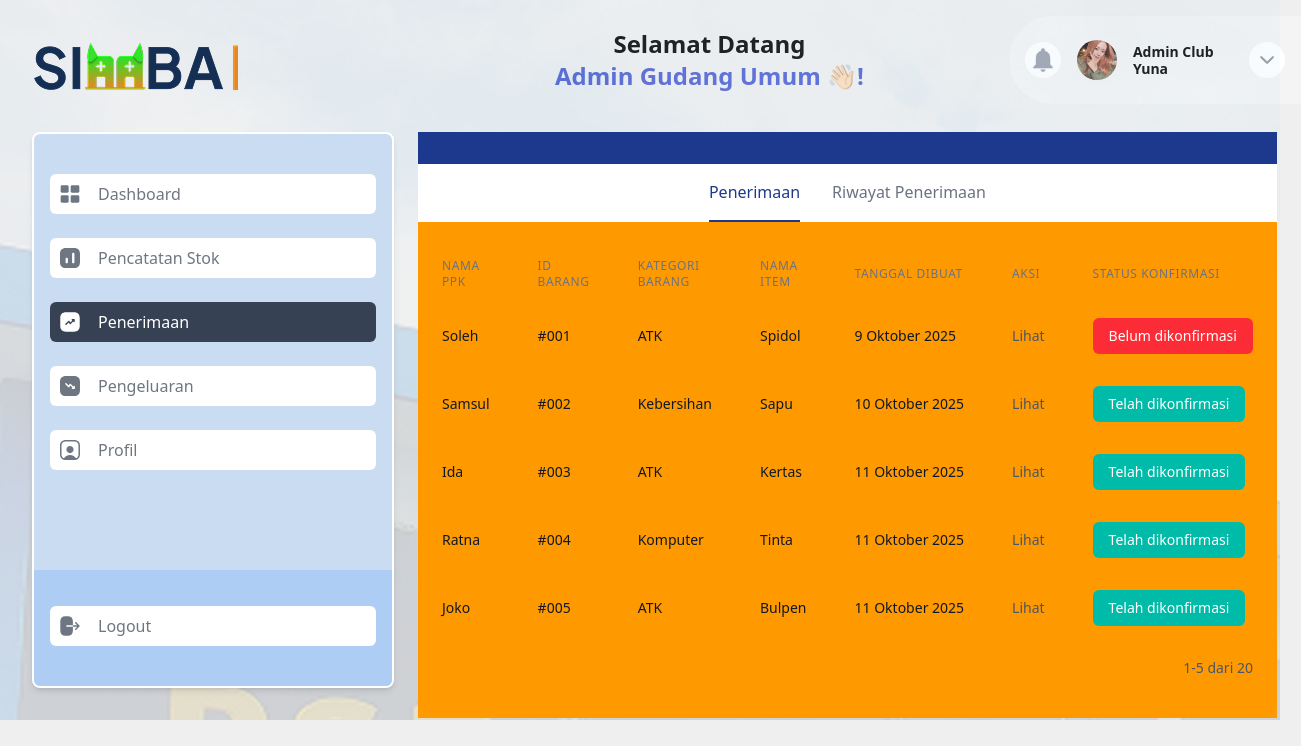
Repository: Gokerwow/inventory-fe
Page: /penerimaan
These files come from the project's save history. The page is drawn as it stood at one moment and after the next save; the edit follows.
The browser window is 1280 px wide. The page is 1301 px wide, so the pictures cover 1301 px, including what lies to the right of the window. The pictures show the whole page.
The project was rebuilt for these pictures with package versions that can differ from the ones it lists, and the page was loaded fresh each time. Also part of the build but not shown: vite.config.ts, src/components/categoryBarChart.tsx, src/components/lineChart.tsx, src/pages/dashboard.tsx, src/pages/stokBarang.tsx, src/pages/pengeluaran.tsx, src/pages/profil.tsx.

Above is the page before, as saved 2025-10-14 18:15:51.

### index.html
<!doctype html>
<html lang="en">
  <head>
    <meta charset="UTF-8" />
    <link rel="icon" type="image/svg+xml" href="/vite.svg" />
    <meta name="viewport" content="width=device-width, initial-scale=1.0" />
    <title>inventory-fe</title>
  </head>
  <body>
    <div id="root"></div>
    <script type="module" src="/src/main.tsx"></script>
  </body>
</html>

### src/main.tsx
import { StrictMode } from 'react'
import { createRoot } from 'react-dom/client'
import './index.css'
import App from './App.tsx'
import ErrorBoundary from './components/errorBoundary.tsx'
import { BrowserRouter } from 'react-router-dom'

createRoot(document.getElementById('root')!).render(
  <StrictMode>
    <ErrorBoundary>
      <BrowserRouter>
        <App />
      </BrowserRouter>
    </ErrorBoundary>
  </StrictMode>,
)

### src/App.tsx
import './App.css'
import { Routes, Route, Navigate } from 'react-router-dom'
import Layout from './components/layout'
import Dashboard from './pages/dashboard'
import StokBarang from './pages/stokBarang'
import Penerimaan from './pages/penerimaan'
import Pengeluaran from './pages/pengeluaran'
import Profil from './pages/profil'


function App() {
  return (
    <Routes>
      <Route path="/" element={<Layout />}>
        <Route index element={<Navigate to="/dashboard" replace />} />
        <Route path="dashboard" element={<Dashboard />} />
        <Route path="pencatatan-stok" element={<StokBarang />} />
        <Route path="penerimaan" element={<Penerimaan />} />
        <Route path="pengeluaran" element={<Pengeluaran />} />
        <Route path="profil" element={<Profil />} />
      </Route>
    </Routes>
  )
}

export default App

### src/components/errorBoundary.tsx
// components/ErrorBoundary.tsx
import { ErrorBoundary as ReactErrorBoundary } from 'react-error-boundary';
import { type ReactNode } from 'react';

function ErrorFallback({ error, resetErrorBoundary }: any) {
    return (
        <div className="min-h-screen flex items-center justify-center bg-gray-100">
            <div className="bg-white p-8 rounded-lg shadow-lg max-w-md w-full">
                <h2 className="text-2xl font-bold text-red-600 mb-4">
                    Oops! Terjadi Error
                </h2>
                <div className="bg-red-50 border border-red-200 rounded p-4 mb-4">
                    <p className="text-red-800 font-semibold">Error:</p>
                    <p className="text-red-600 text-sm mt-2">{error.message}</p>
                </div>
                <details className="mb-4">
                    <summary className="cursor-pointer text-gray-600 hover:text-gray-800">
                        Stack Trace
                    </summary>
                    <pre className="mt-2 text-xs bg-gray-50 p-2 rounded overflow-auto max-h-40">
                        {error.stack}
                    </pre>
                </details>
                <button
                    onClick={resetErrorBoundary}
                    className="w-full bg-blue-600 text-white py-2 px-4 rounded hover:bg-blue-700 transition"
                >
                    Coba Lagi
                </button>
            </div>
        </div>
    );
}

interface ErrorBoundaryProps {
    children: ReactNode;
}

export default function ErrorBoundary({ children }: ErrorBoundaryProps) {
    return (
        <ReactErrorBoundary
            FallbackComponent={ErrorFallback}
            onError={(error, errorInfo) => {
                // Log error ke console atau service logging (Sentry, LogRocket, dll)
                console.error('Error caught by boundary:', error, errorInfo);
            }}
            onReset={() => {
                // Reset state aplikasi jika perlu
                window.location.href = '/';
            }}
        >
            {children}
        </ReactErrorBoundary>
    );
}

### src/App.css
@import "tailwindcss";

body {
  background-color: #EFEFEF;
}

### src/components/layout.tsx
// components/Layout.tsx
import { Outlet } from 'react-router-dom';
import SideBar from '../components/sidebar'
import TopBar from '../components/topBar'
import Background from '../assets/background.png';
import SimbaLogo from '../assets/Light Logo new 1.png';

function Layout() {
    return (
        <div className="flex flex-col h-screen">
            <div
                className="absolute inset-0 bg-no-repeat bg-cover bg-top"
                style={{ backgroundImage: `url(${Background})` }}
            />

            <div className='flex'>
                {/* Sidebar  */}
                <div className='p-4 h-screen fixed top-0 left-0 flex flex-col w-[394px] z-10'>
                    <div className='p-4'>
                        <img src={SimbaLogo} alt="Simba Logo" />
                    </div>
                    <SideBar />
                </div>

                {/* Content Area */}
                <div className="flex flex-col flex-1 ml-[394px]">
                    <TopBar />
                    <div className="flex-1 overflow-auto mb-4  p-3 px-6">
                        <Outlet/>
                    </div>
                </div>
            </div>
        </div>
    );
}

export default Layout;

### src/pages/penerimaan.tsx
import { useState } from 'react';

export default function Penerimaan() {
    const [activeTab, setActiveTab] = useState('penerimaan');

    const [data] = useState([
        {
            id: 1,
            namaPPK: 'Soleh',
            idBarang: '#001',
            kategori: 'ATK',
            namaItem: 'Spidol',
            tanggal: '9 Oktober 2025',
            status: 'Belum dikonfirmasi'
        },
        {
            id: 2,
            namaPPK: 'Samsul',
            idBarang: '#002',
            kategori: 'Kebersihan',
            namaItem: 'Sapu',
            tanggal: '10 Oktober 2025',
            status: 'Telah dikonfirmasi'
        },
        {
            id: 3,
            namaPPK: 'Ida',
            idBarang: '#003',
            kategori: 'ATK',
            namaItem: 'Kertas',
            tanggal: '11 Oktober 2025',
            status: 'Telah dikonfirmasi'
        },
        {
            id: 4,
            namaPPK: 'Ratna',
            idBarang: '#004',
            kategori: 'Komputer',
            namaItem: 'Tinta',
            tanggal: '11 Oktober 2025',
            status: 'Telah dikonfirmasi'
        },
        {
            id: 5,
            namaPPK: 'Joko',
            idBarang: '#005',
            kategori: 'ATK',
            namaItem: 'Bulpen',
            tanggal: '11 Oktober 2025',
            status: 'Telah dikonfirmasi'
        }
    ]);

    return (
        <div className="bg-[#F3F7FA]  relative z-10">
            {/* Header */}
            <div className="bg-blue-900 text-white px-6 py-4">

            </div>

            {/* Tabs */}
            <div className="bg-white">
                <div className="px-6">
                    <div className="flex gap-8 justify-center items-center">
                        <button
                            onClick={() => setActiveTab('penerimaan')}
                            className={`py-4 font-medium border-b-2 transition-colors ${activeTab === 'penerimaan'
                                    ? 'border-blue-900 text-blue-900'
                                    : 'border-transparent text-gray-500 hover:text-gray-700'
                                }`}
                        >
                            Penerimaan
                        </button>
                        <button
                            onClick={() => setActiveTab('riwayat')}
                            className={`py-4 font-medium border-b-2 transition-colors ${activeTab === 'riwayat'
                                    ? 'border-blue-900 text-blue-900'
                                    : 'border-transparent text-gray-500 hover:text-gray-700'
                                }`}
                        >
                            Riwayat Penerimaan
                        </button>
                    </div>
                </div>
            </div>

            {/* Table */}
            <div className="py-6 bg-amber-500">
                <div className="overflow-hidden">
                    <table className="w-full ">
                        <thead className="">
                            <tr>
                                <th className="px-6 py-3 text-left text-xs font-medium text-gray-500 uppercase tracking-wider">
                                    Nama PPK
                                </th>
                                <th className="px-6 py-3 text-left text-xs font-medium text-gray-500 uppercase tracking-wider">
                                    ID Barang
                                </th>
                                <th className="px-6 py-3 text-left text-xs font-medium text-gray-500 uppercase tracking-wider">
                                    Kategori Barang
                                </th>
                                <th className="px-6 py-3 text-left text-xs font-medium text-gray-500 uppercase tracking-wider">
                                    Nama Item
                                </th>
                                <th className="px-6 py-3 text-left text-xs font-medium text-gray-500 uppercase tracking-wider">
                                    Tanggal dibuat
                                </th>
                                <th className="px-6 py-3 text-left text-xs font-medium text-gray-500 uppercase tracking-wider">
                                    Aksi
                                </th>
                                <th className="px-6 py-3 text-left text-xs font-medium text-gray-500 uppercase tracking-wider">
                                    Status konfirmasi
                                </th>
                            </tr>
                        </thead>
                        <tbody className="">
                            {data.map((item) => (
                                <tr key={item.id} className="hover:bg-blue-50">
                                    <td className="px-6 py-4 whitespace-nowrap text-sm text-gray-900">
                                        {item.namaPPK}
                                    </td>
                                    <td className="px-6 py-4 whitespace-nowrap text-sm text-gray-900">
                                        {item.idBarang}
                                    </td>
                                    <td className="px-6 py-4 whitespace-nowrap text-sm text-gray-900">
                                        {item.kategori}
                                    </td>
                                    <td className="px-6 py-4 whitespace-nowrap text-sm text-gray-900">
                                        {item.namaItem}
                                    </td>
                                    <td className="px-6 py-4 whitespace-nowrap text-sm text-gray-900">
                                        {item.tanggal}
                                    </td>
                                    <td className="px-6 py-4 whitespace-nowrap text-sm">
                                        <button className="inline-flex items-center gap-1 text-gray-600 hover:text-gray-900">
                                            {/* <Eye size={16} /> */}
                                            <span>Lihat</span>
                                        </button>
                                    </td>
                                    <td className="px-6 py-4 whitespace-nowrap text-sm">
                                        {item.status === 'Belum dikonfirmasi' ? (
                                            <button className="px-4 py-2 bg-red-500 text-white rounded-md hover:bg-red-600 transition-colors">
                                                Belum dikonfirmasi
                                            </button>
                                        ) : (
                                            <button className="px-4 py-2 bg-teal-500 text-white rounded-md hover:bg-teal-600 transition-colors">
                                                Telah dikonfirmasi
                                            </button>
                                        )}
                                    </td>
                                </tr>
                            ))}
                        </tbody>
                    </table>

                    {/* Pagination */}
                    <div className="px-6 py-4 flex justify-end text-sm text-gray-600">
                        1-5 dari 20
                    </div>
                </div>
            </div>
        </div>
    );
};

### src/components/sidebar.tsx
import DashboardIcon from '../assets/DashboardIcon.svg?react';
import ChartIcon from '../assets/Chart.svg?react';
import PenerimaanIcon from '../assets/Penerimaan.svg?react';
import PengeluaranIcon from '../assets/Pengeluaran.svg?react';
import ProfilIcon from '../assets/profil.svg?react';
import LogoutIcon from '../assets/LogoutIcon.svg?react';
import { NavLink } from 'react-router-dom';

export default function SideBar() {
    const menuItems = [
        { path: '/dashboard', icon: DashboardIcon, label: 'Dashboard' },
        { path: '/pencatatan-stok', icon: ChartIcon, label: 'Pencatatan Stok' },
        { path: '/penerimaan', icon: PenerimaanIcon, label: 'Penerimaan' },
        { path: '/pengeluaran', icon: PengeluaranIcon, label: 'Pengeluaran' },
        { path: '/profil', icon: ProfilIcon, label: 'Profil' },
    ];

    return (
        <div className='w-[394px] p-4 flex-1'>
            <div className="bg-[#CADCF2] text-white flex flex-col justify-between h-full rounded-lg overflow-hidden shadow-md border-2 border-white">
                <ul className='flex flex-col gap-6 px-4 py-10'>
                    {menuItems.map((item) => (
                        <li key={item.path}>
                            <NavLink
                                to={item.path}
                                className={({ isActive }) =>
                                    `flex items-center gap-4 p-2 rounded-md cursor-pointer transition-all duration-300 ${isActive
                                        ? 'bg-gray-700 text-white'
                                        : 'bg-white text-[#6E7781] hover:bg-gray-700 hover:text-white group'
                                    }`
                                }
                            >
                                {({ isActive }) => (
                                    <>
                                        <item.icon
                                            className={`w-6 h-6 fill-current transition-colors ${isActive
                                                ? 'text-white'
                                                : 'text-[#6E7781] group-hover:text-white'
                                                }`}
                                        />
                                        <span>{item.label}</span>
                                    </>
                                )}
                            </NavLink>
                        </li>
                    ))}

                </ul>
                <div className='w-full h-[21%] flex justify-center items-end bg-[#ADCDF4] px-4 py-10'>
                    {/* Logout - Pisah karena bukan navigasi biasa */}
                    <button
                        onClick={() => {
                            // Handle logout logic di sini
                            console.log('Logout clicked');
                        }}
                        className='flex items-center gap-4 p-2 bg-white hover:bg-red-600 group rounded-md cursor-pointer transition-all duration-300 w-full text-left'
                    >
                        <LogoutIcon className="w-6 h-6 fill-current text-[#6E7781] group-hover:text-white" />
                        <span className='text-[#6E7781] group-hover:text-white'>Logout</span>
                    </button>

                </div>
            </div>
        </div>
    );
}

### src/components/topBar.tsx
import NotifIcon from '../assets/Notification.png';
import ChevronDown from '../assets/ChevronDown.png';
import PfpExample from '../assets/Pfp Example.jpeg';

export default function TopBar() {
    return (
        <div className="w-full flex items-center justify-between gap-6 py-4 pl-4">
            <div></div>
            <div className='text-2xl font-bold'>
                <p className='text-center'>Selamat Datang</p>
                <p className='text-center text-[#4D5ED1]'>Admin Gudang Umum 👋🏻!</p>
            </div>
            <div>
                <div className='flex items-center justify-center gap-4 bg-white/30 rounded-l-full px-4 py-6'>
                    <div className='bg-white rounded-full w-9 h-9 flex items-center justify-center'>
                        <img src={NotifIcon} alt="Notification Icon" className='h-6' />
                    </div>
                    <div className='flex items-center gap-4'>
                        <div className='bg-white rounded-full w-10 h-10 flex items-center justify-center overflow-hidden'>
                            <img src={PfpExample} alt="Profile Picture" className='w-full' />
                        </div>
                        <span className='max-w-[100px] break-words leading-tight font-semibold text-sm'>Admin Club Yuna</span>
                    </div>
                    <div className='bg-white rounded-full w-9 h-9 flex items-center justify-center'>
                        <img src={ChevronDown} alt="Notification Icon" className='h-2' />
                    </div>
                </div>
            </div>
        </div>
    )
}

Loaded but not shown: src/index.css (common file)

After the next save:
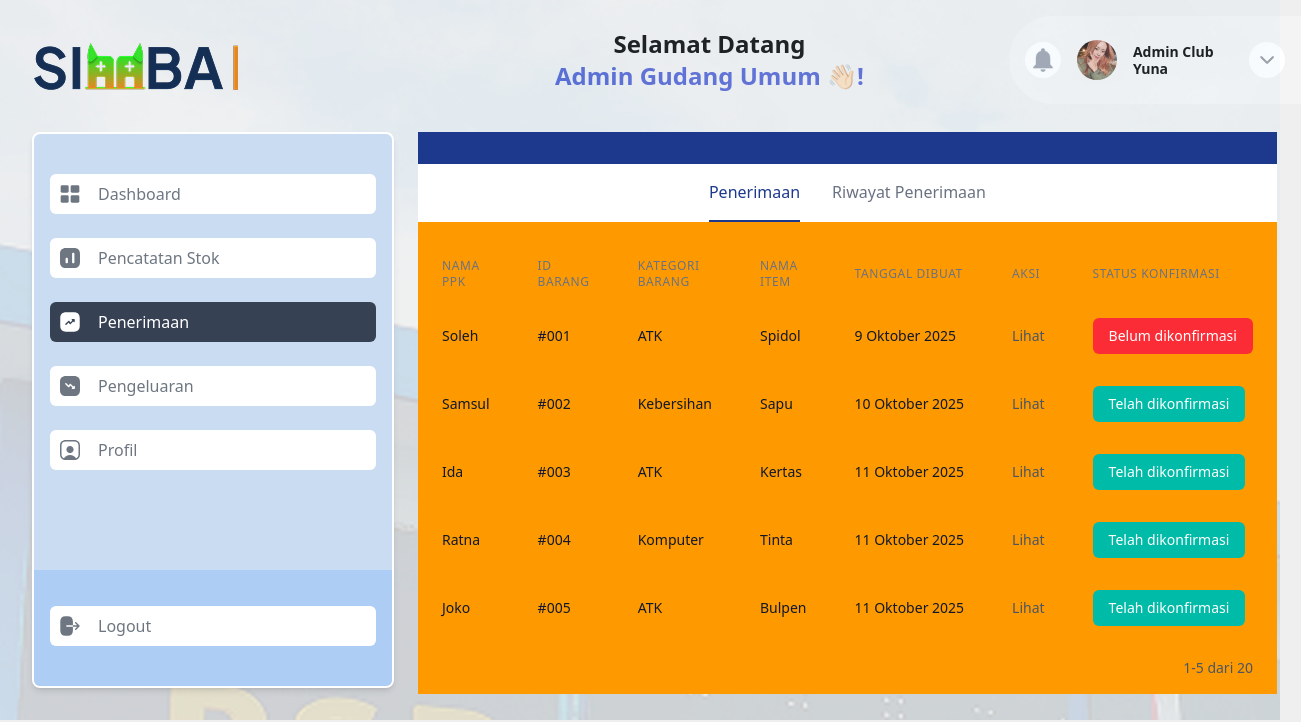
Saved 13 s later.
--- a/src/pages/penerimaan.tsx
+++ b/src/pages/penerimaan.tsx
@@ -85,7 +85,7 @@ export default function Penerimaan() {
             </div>
 
             {/* Table */}
-            <div className="py-6 bg-amber-500">
+            <div className="pt-6 bg-amber-500">
                 <div className="overflow-hidden">
                     <table className="w-full ">
                         <thead className="">
